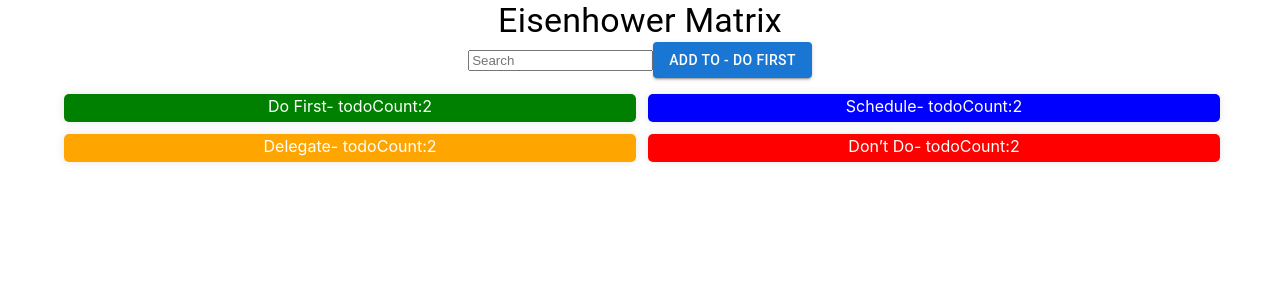
Repository: GokulDev4U/Krixi_react_assignment
Page: /
An editor plug-in stored every save of this project. The page is shown before and after the next save, followed by the edit.
The browser window is 1280 px wide. The pictures show the whole page.
The project was rebuilt for these pictures with package versions that can differ from the ones it lists, and the page was loaded fresh each time.

Above is the page before, as saved 2022-04-04 14:33:04.

### src/App.js
import React, { useState } from "react";
// import { Counter } from "./features/counter/Counter";
import { Container, Grid, Button, Typography } from "@mui/material";
import Card from "./Components/card/Card";
import "./App.css";
import { useDispatch, useSelector } from "react-redux";
import { add, remove, edit, selectTodo } from "./features/todo/todoSlice";

function App() {
  const dispatch = useDispatch();
  const [todo, setTodo] = useState("");
  let finalTodo = todo;
  const handleChange = (e) => {
    setTodo(e.target.value);
  };
  const handleButtonClick = (e) => {
    e.preventDefault();
    dispatch(add(finalTodo));
    setTodo("");
  };
  return (
    <div className="App">
      <Container sx={{ flexGrow: 1 }}>
        <Typography variant="h4">Eisenhower Matrix</Typography>
        <Grid container spacing={2}>
          <Grid item xs={12}>
            <input
              type="text"
              placeholder="Search"
              value={todo}
              onChange={handleChange}
            />
            <Button
              variant="contained"
              color="primary"
              onClick={handleButtonClick}
            >
              Add to - do first
            </Button>
          </Grid>
          <Grid item xs={6}>
            <Card color="green" title="Do First" />
          </Grid>
          <Grid item xs={6}>
            <Card color="blue" title="Schedule" />
          </Grid>
          <Grid item xs={6}>
            <Card color="orange" title="Delegate" />
          </Grid>
          <Grid item xs={6}>
            <Card color="red" title="Don’t Do" />
          </Grid>
        </Grid>
      </Container>
    </div>
  );
}

export default App;

### src/app/store.js
import { configureStore } from "@reduxjs/toolkit";
import todoReducer from "../features/todo/todoSlice";

export const store = configureStore({
  reducer: {
    todo: todoReducer,
  },
});

### src/Components/card/Card.jsx
import React from 'react';
import { useSelector } from 'react-redux';
import { selectTodo } from '../../features/todo/todoSlice';
import EditIcon from '@mui/icons-material/Edit';
import DeleteIcon from '@mui/icons-material/Delete';
import './Card.css';

const Card = ({ color, title }) => {
  const todos = useSelector(selectTodo);

  return (
    <div className='box' style={{ backgroundColor: `${color}` }}>
      <div className="card-title">
        {`${title}- todoCount:${2}`}
      </div>
      <div className="card-content">
        {todos.map((todo, index) => (
          <div key={index}>
            {todo}
            {/* <EditIcon />
            <DeleteIcon /> */}
          </div>
        ))}
      </div>
    </div>
  );
};

export default Card;

### src/features/todo/todoSlice.jsx
import { createSlice } from "@reduxjs/toolkit";

const initialState = {
    value: [],
};

export const todoSlice = createSlice({
    name: "todo",
    initialState,
    reducers: {
        add: (state, action) => {
            state.value.push(action.payload);
        },
        remove: (state) => {
            // state.value -= 1;
        },
        edit: (state, action) => {
            // state.value += action.payload;
        },
    },
});

export const { add, remove, edit } = todoSlice.actions;

export const selectTodo = (state) => state.todo.value;

export default todoSlice.reducer;

### src/Components/card/Card.css
 .box{
    width: 100%;
    height: 100%;
    color: #fff;
    border-radius: 5px;
    box-shadow: 0 0 10px rgba(0,0,0,0.1);
    overflow: hidden;
    cursor: pointer;
    padding: 2px;
 }

Loaded but not shown: public/index.html (common file); src/index.js (common file); src/index.css (common file); src/serviceWorker.js (common file); src/App.css (common file)

After the next save:
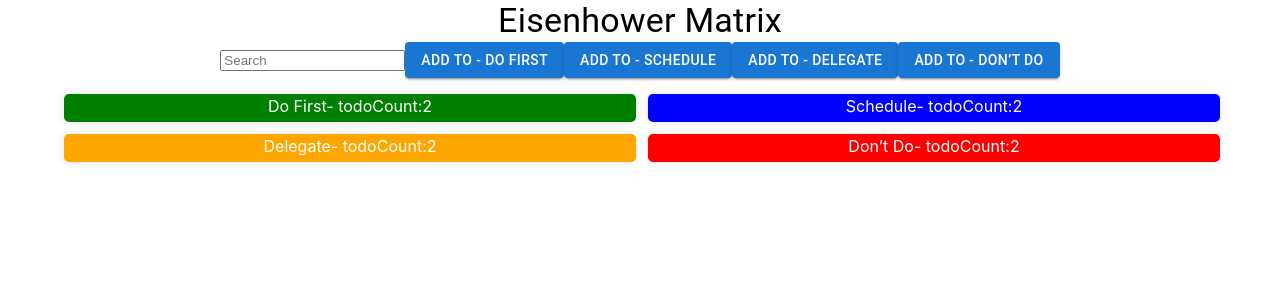
Saved 80 s later.
--- a/src/App.js
+++ b/src/App.js
@@ -37,6 +37,27 @@ function App() {
             >
               Add to - do first
             </Button>
+            <Button
+              variant="contained"
+              color="primary"
+              onClick={handleButtonClick}
+            >
+              Add to - Schedule
+            </Button>
+            <Button
+              variant="contained"
+              color="primary"
+              onClick={handleButtonClick}
+            >
+              Add to - Delegate
+            </Button>
+            <Button
+              variant="contained"
+              color="primary"
+              onClick={handleButtonClick}
+            >
+              Add to - Don’t Do
+            </Button>
           </Grid>
           <Grid item xs={6}>
             <Card color="green" title="Do First" />
